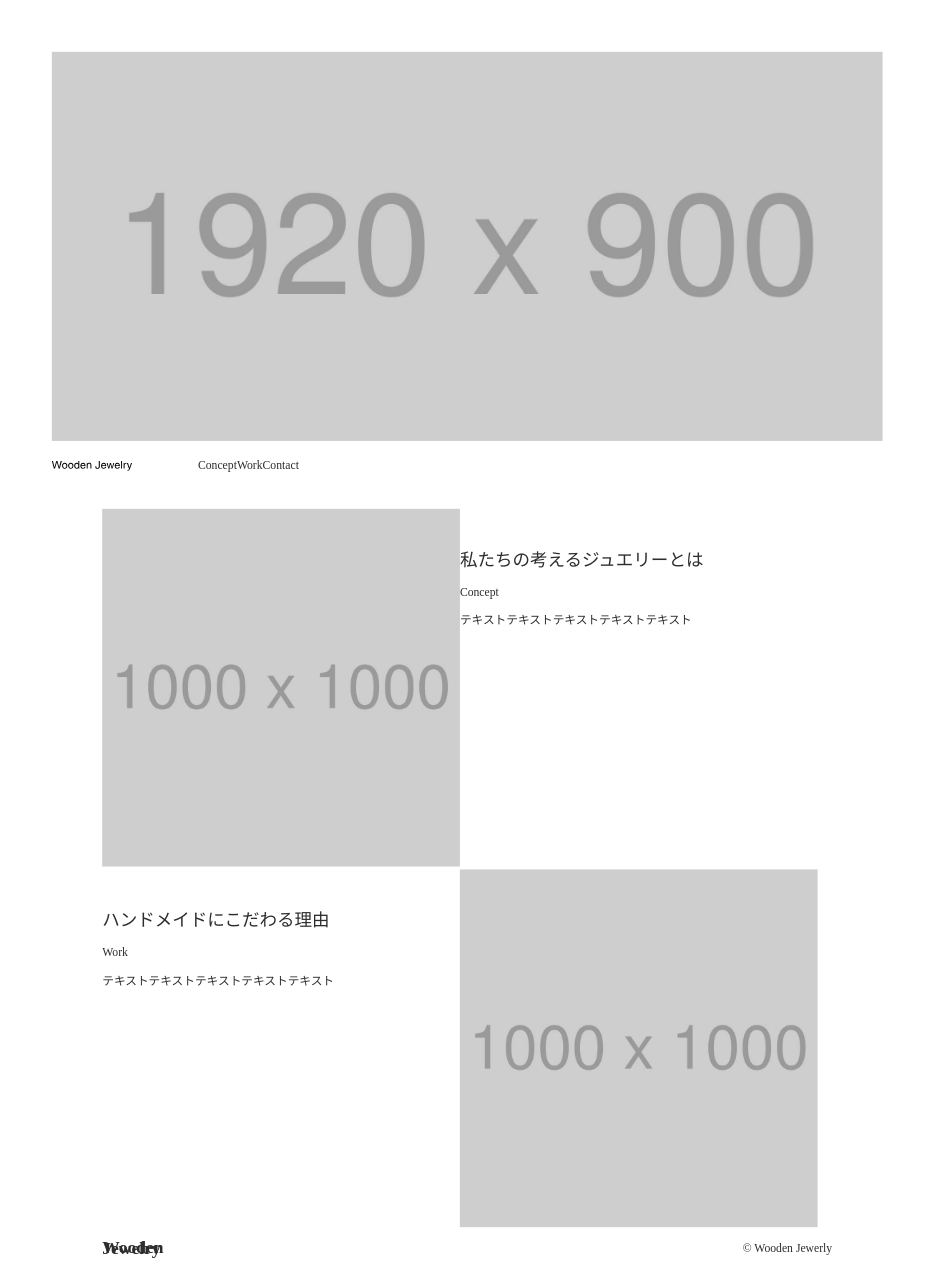
Repository: Fuki-san/jewelry
Page: http://localhost/jewelry
These files come from the project's save history. The page is drawn as it stood at one moment and after a run of saves; the edit follows.
The browser window is 1280 px wide. The pictures show the whole page, at 73% of full size.
The page is served by the project's Laravel application, run on PHP 8.4 with Laravel 10.

Above is the page before, as saved 2023-11-26 14:49:48.

After the next 3 saves:
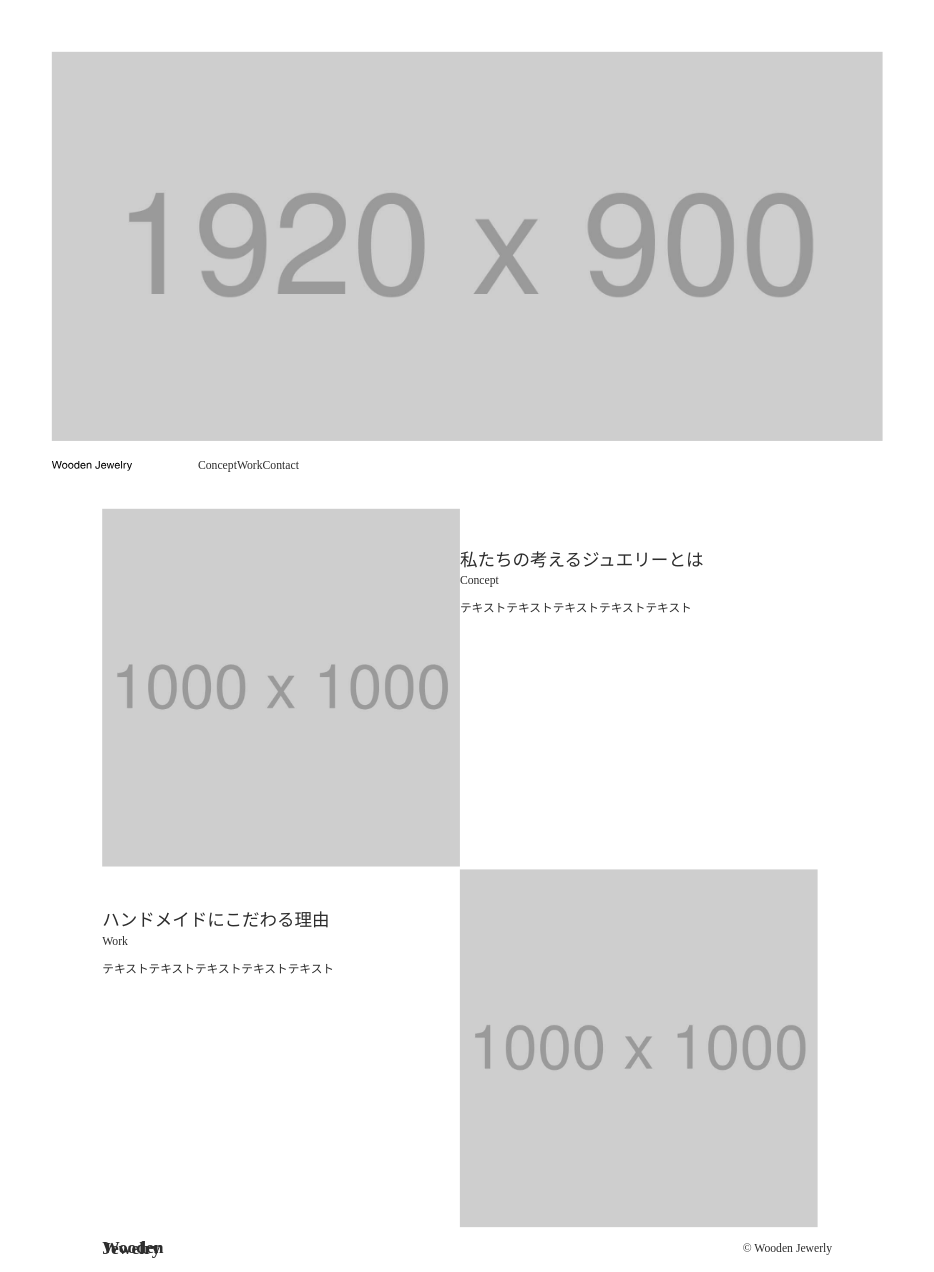
The 3 saves are shown as one change because they came seconds apart.
The last was saved 12 s later.
--- a/public/css/style.css
+++ b/public/css/style.css
@@ -44,7 +44,7 @@ img{
 .section-title{
     font-size: 1.5rem;
     font-weight: normal;
-
+    margin-bottom: 4px;
 }
 
 .content{
